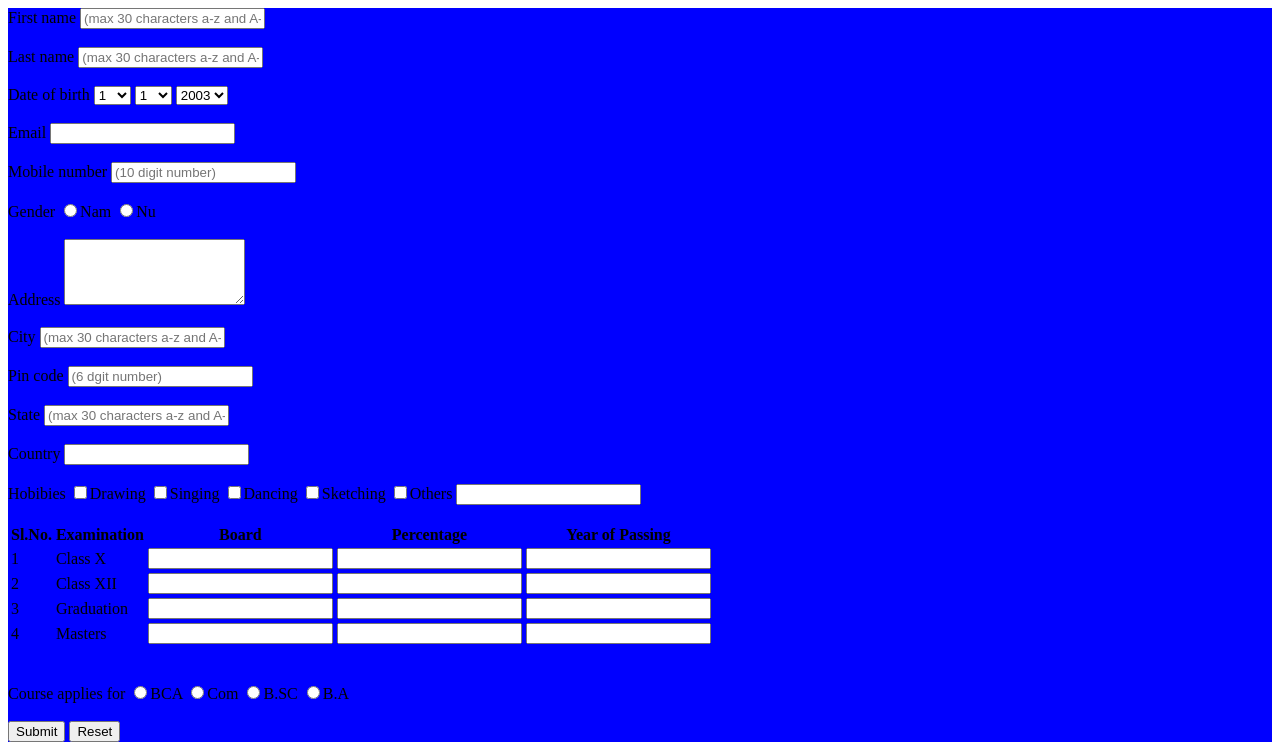
Repository: Knguyen2003/Spring
Page: http://localhost/PhanNguyenKhoiNguyen_21068021_Tuan04/StudentForm.jsp
An editor plug-in stored every save of this project. The page is shown before and after the next save, followed by the edit.
The browser window is 1280 px wide. The pictures show the whole page.
The page is served by Tomcat 10. Other server files are loaded and not shown.

Above is the page before, as saved 2024-09-11 10:27:42.

### JavaServlet/Tuan4/PhanNguyenKhoiNguyen_21068021_Tuan04/src/main/webapp/StudentForm.jsp
<%@ page language="java" contentType="text/html; charset=ISO-8859-1"
	pageEncoding="ISO-8859-1"%>
<!DOCTYPE html>
<html>
<head>
<meta charset="ISO-8859-1">
<title>Insert title here</title>
<style>
form {
	background-color: blue;
}
</style>
</head>
<body>

	<form action="StudentSevlet" method="post">

		<label>First name</label> <input type="text" name="txtFirstName"
			maxlength="30" placeholder="(max 30 characters a-z and A-z)">
		<br> <br> <label>Last name</label> <input type="text"
			name="txtLastName" maxlength="30"
			placeholder="(max 30 characters a-z and A-z)"><br> <br>
		<label>Date of birth</label> <select id="ngay" name="day">
			<option value="01">1</option>
			<option value="02">2</option>
			<option value="03">3</option>
			<option value="04">4</option>
			<option value="05">5</option>
			<option value="06">6</option>
			<option value="07">7</option>
			<option value="08">8</option>
			<option value="09">9</option>
			<option value="10">10</option>
		</select> <select id="thang" name="month">
			<option value="01">1</option>
			<option value="02">2</option>
			<option value="03">3</option>
			<option value="04">4</option>
			<option value="05">5</option>
			<option value="06">6</option>
			<option value="07">7</option>
			<option value="08">8</option>
			<option value="09">9</option>
			<option value="10">10</option>
			<option value="11">11</option>
			<option value="12">12</option>
		</select> <select id="name" name="year">
			<option value="2003">2003</option>
			<option value="2004">2004</option>
			<option value="2005">2005</option>
			<option value="2006">2006</option>
		</select><br> <br> <label>Email</label> <input type="text"
			name="txtEmail" maxlength="30"><br> <br> <label>Mobile
			number</label> <input type="text" name="txtPhone" maxlength="30"
			placeholder="(10 digit number)"><br> <br> <label>Gender</label>
		<label><input type="radio" name="gioitinh" value="nam"
			required>Nam</label> <label><input type="radio"
			name="gioitinh" value="nu">Nu</label><br> <br> <label>Address</label>
		<textarea rows="4" cols="20" name="txtAddress"></textarea>
		<br> <br> <label>City</label> <input type="text"
			name="txtCity" maxlength="30"
			placeholder="(max 30 characters a-z and A-z)"><br> <br>
		<label>Pin code</label> <input type="text" name="txtPincode"
			maxlength="30" placeholder="(6 dgit number)"><br> <br>
		<label>State</label> <input type="text" name="txtState" maxlength="30"
			placeholder="(max 30 characters a-z and A-z)"><br> <br>
		<label>Country</label> <input type="text" name="txtCountry"
			maxlength="30"><br> <br> <label>Hobibies</label> <label><input
			type="checkbox" name="hobbies" value="Drawing">Drawing</label> <label><input
			type="checkbox" name="hobbies" value="Singing">Singing</label> <label><input
			type="checkbox" name="hobbies" value="Dancing">Dancing</label> <label><input
			type="checkbox" name="hobbies" value="Sketching">Sketching</label> <label><input
			type="checkbox" name="hobbies" value="Others">Others</label> <input
			type="text" name="other" maxlength="30"> <br> <br>
		<table>
			<thead>
				<tr>
					<th>Sl.No.</th>
					<th>Examination</th>
					<th>Board</th>
					<th>Percentage</th>
					<th>Year of Passing</th>
				</tr>
			</thead>
			<tbody>
				<tr>
					<td>1</td>
					<td>Class X</td>
					<td><input type="text" maxlength="10"></td>
					<td><input type="text" class="short-input" maxlength="5"></td>
					<td><input type="text" class="short-input" maxlength="4"></td>
				</tr>
				<tr>
					<td>2</td>
					<td>Class XII</td>
					<td><input type="text" maxlength="10"></td>
					<td><input type="text" class="short-input" maxlength="5"></td>
					<td><input type="text" class="short-input" maxlength="4"></td>
				</tr>
				<tr>
					<td>3</td>
					<td>Graduation</td>
					<td><input type="text" maxlength="10"></td>
					<td><input type="text" class="short-input" maxlength="5"></td>
					<td><input type="text" class="short-input" maxlength="4"></td>
				</tr>
				<tr>
					<td>4</td>
					<td>Masters</td>
					<td><input type="text" maxlength="10"></td>
					<td><input type="text" class="short-input" maxlength="5"></td>
					<td><input type="text" class="short-input" maxlength="4"></td>
				</tr>
			</tbody>
		</table>

		<br> <br> <label>Course applies for</label> <label><input
			type="radio" name="course" value="BCA" required>BCA</label> <label><input
			type="radio" name="course" value="Com">Com</label> <label><input
			type="radio" name="course" value="B.SC" required>B.SC</label> <label><input
			type="radio" name="course" value="B.A">B.A</label><br> <br>
		<input type="submit" value="Submit"> <input type="reset"
			value="Reset">

	</form>


</body>
</html>

After the next save:
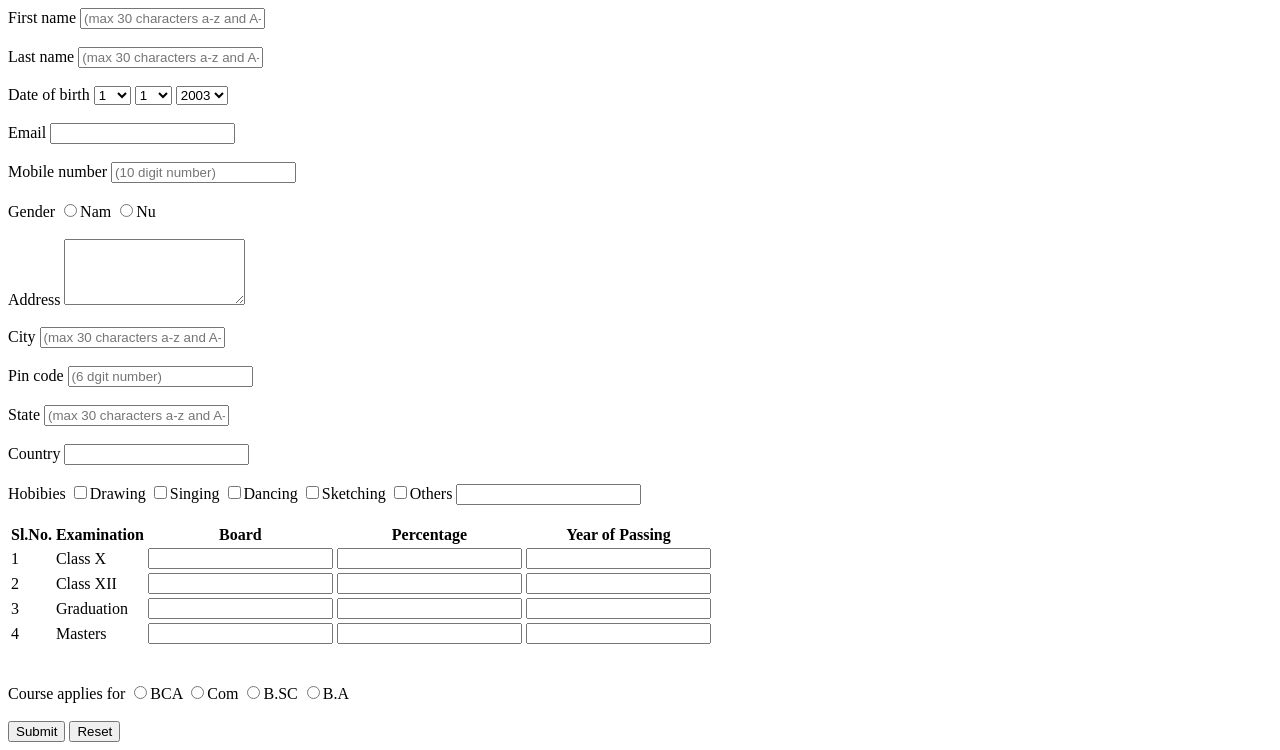
Saved 11 s later.
--- a/JavaServlet/Tuan4/PhanNguyenKhoiNguyen_21068021_Tuan04/src/main/webapp/StudentForm.jsp
+++ b/JavaServlet/Tuan4/PhanNguyenKhoiNguyen_21068021_Tuan04/src/main/webapp/StudentForm.jsp
@@ -5,11 +5,7 @@
 <head>
 <meta charset="ISO-8859-1">
 <title>Insert title here</title>
-<style>
-form {
-	background-color: blue;
-}
-</style>
+
 </head>
 <body>
 
